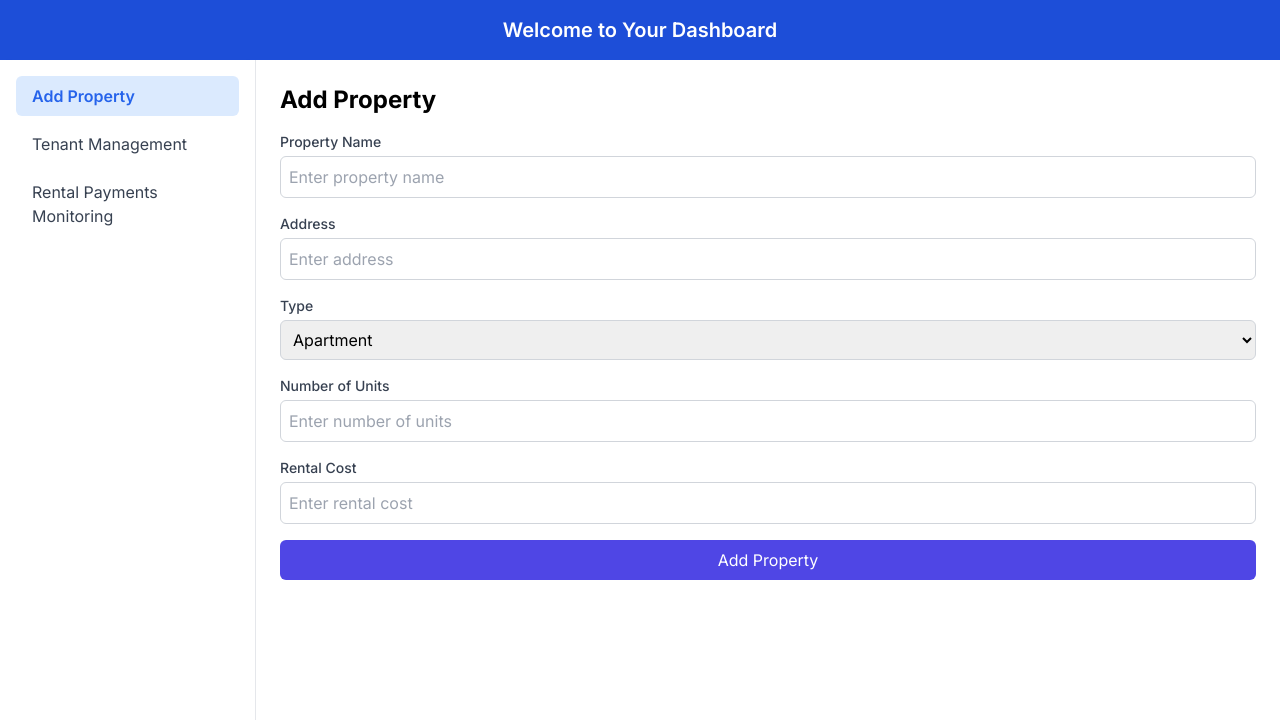
Repository: NassimeElkamari/Horizon-Housing
Page: /dashboard
These files come from the project's save history. The page is drawn as it stood at one moment and after a run of saves; the edit follows.
The browser window is 1280 px wide. The pictures show the whole page.
The project was rebuilt for these pictures with package versions that can differ from the ones it lists, and the page was loaded fresh each time. The framework's server and built-in components were replaced by stand-ins that run in the browser. Also part of the build but not shown: next.config.mjs, src/components/TenantManagement.tsx, src/components/PropertiesTable.tsx, src/components/RentalPaymentsMonitoring.tsx.

Above is the page before, as saved 2024-08-28 21:00:51.

After the next 3 saves:
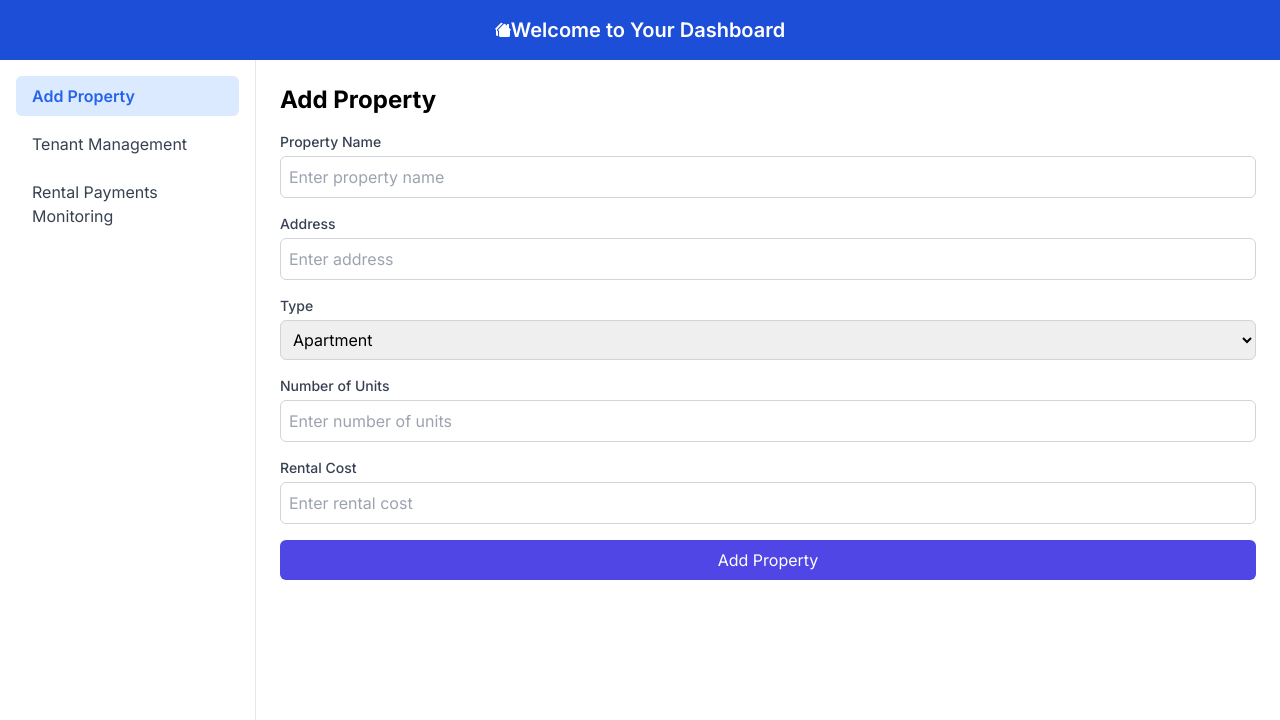
The 3 saves are shown as one change because they came seconds apart.
The last was saved 11 s later.
--- a/src/app/dashboard/page.tsx
+++ b/src/app/dashboard/page.tsx
@@ -14,6 +14,7 @@ const DashboardPage = () => {
   return (
     <div className="min-h-screen flex flex-col bg-gray-50">
       <header className="bg-blue-700 text-white p-4 shadow-md flex justify-center items-center">
+        <BsFillHousesFill />
         <h1 className="text-xl font-semibold text-center">Welcome to Your Dashboard</h1>
       </header>
 
